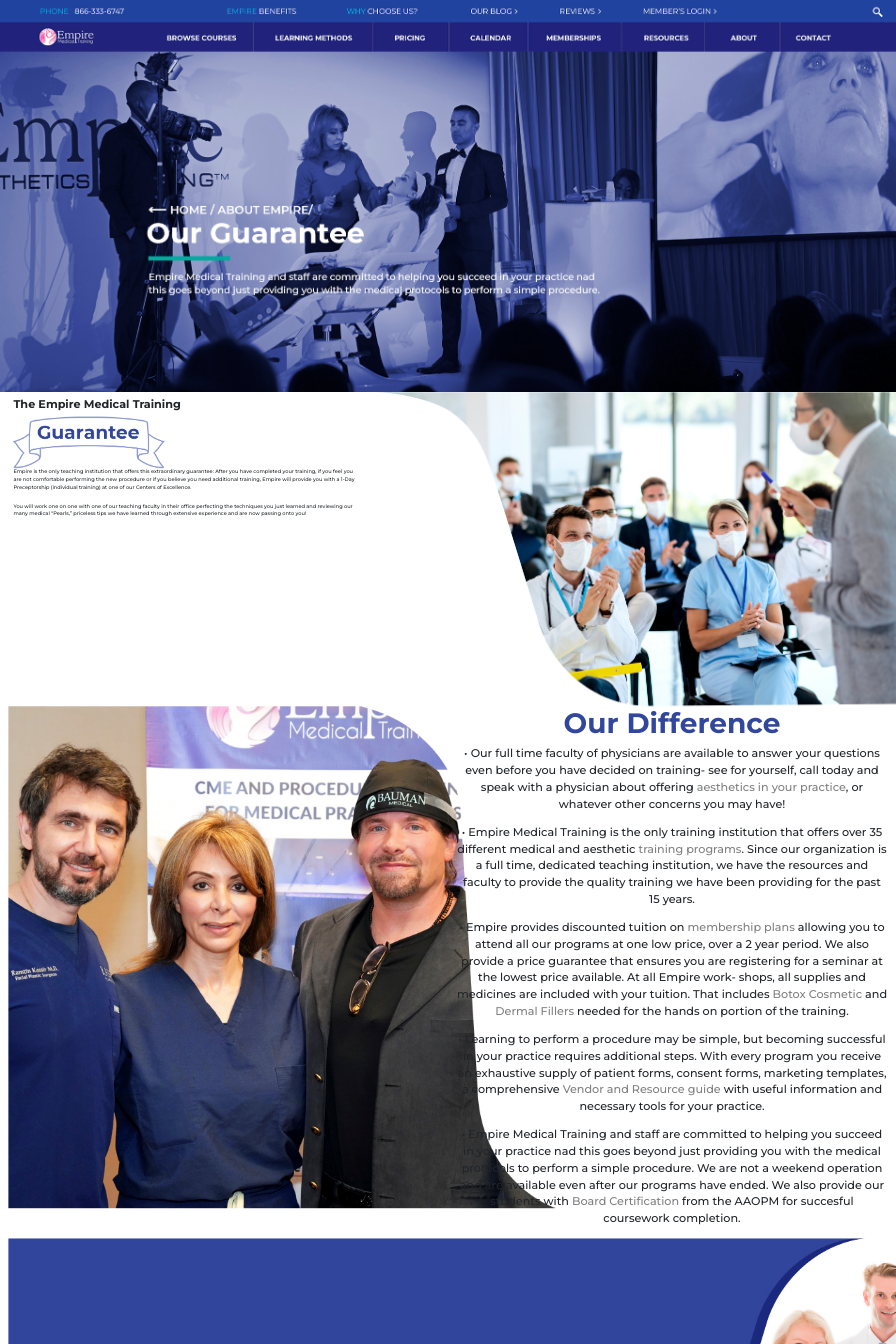
Repository: jorgi710/BODY-CONTOURING-INJECTABLES-AND-ADJUNCT-PROCEDURES
Page: our quarantee/file/src/index.html
An editor plug-in stored every save of this project. The page is shown before and after a run of saves, followed by the edit.
The browser window is 1280 px wide. The pictures show the part of the page from y = 0 to 1920 px (the page is 6335 px tall), at 70% of full size.

Above is the page before, as saved 2021-04-06 06:52:04.

After the next 2 saves:
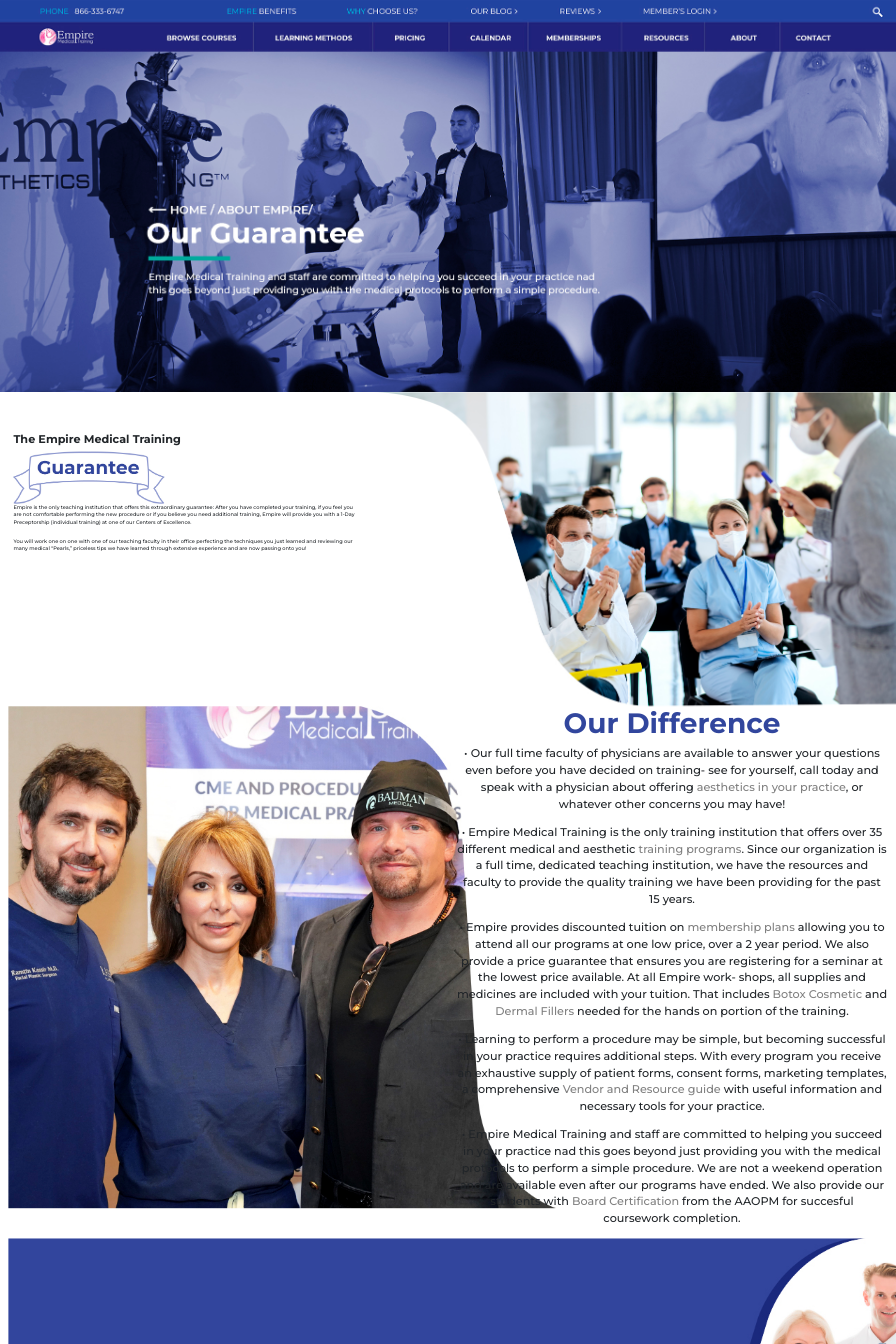
The 2 saves are shown as one change because they came seconds apart.
The last was saved 8 s later.
--- a/our quarantee/file/css/style.css
+++ b/our quarantee/file/css/style.css
@@ -47,7 +47,7 @@
 }
 .section_1 .col-md-5 .content_section_1 {
   font-size: 1vmin;
-  padding: 1vmin 1vmin;
+  padding: 8vmin 1vmin;
 }
 .section_1 .row .col-md-5 img {
   width: 30vh;

After the save that followed:
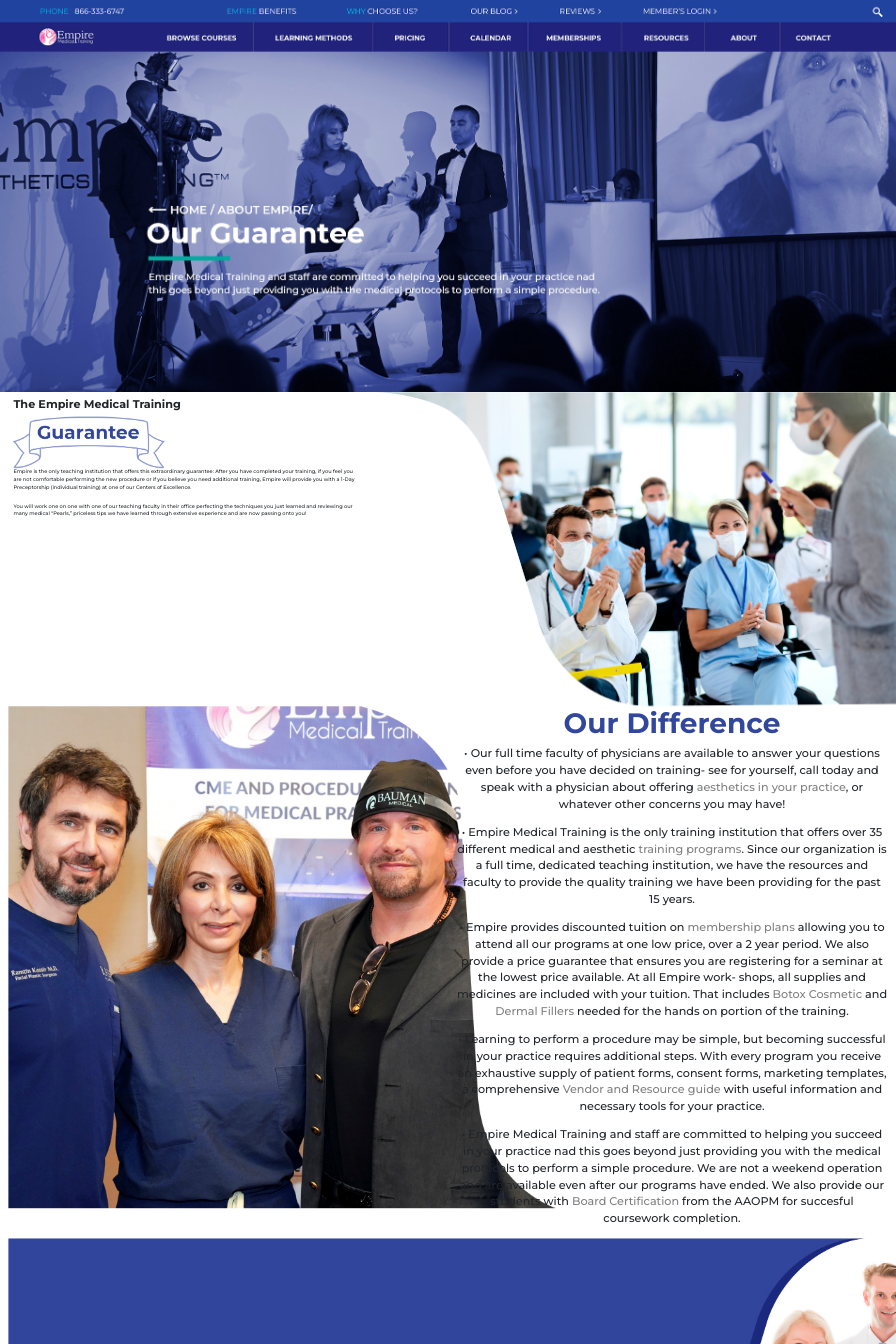
Saved 4 s later.
--- a/our quarantee/file/css/style.css
+++ b/our quarantee/file/css/style.css
@@ -47,7 +47,7 @@
 }
 .section_1 .col-md-5 .content_section_1 {
   font-size: 1vmin;
-  padding: 8vmin 1vmin;
+  padding: 1vmin 1vmin;
 }
 .section_1 .row .col-md-5 img {
   width: 30vh;
